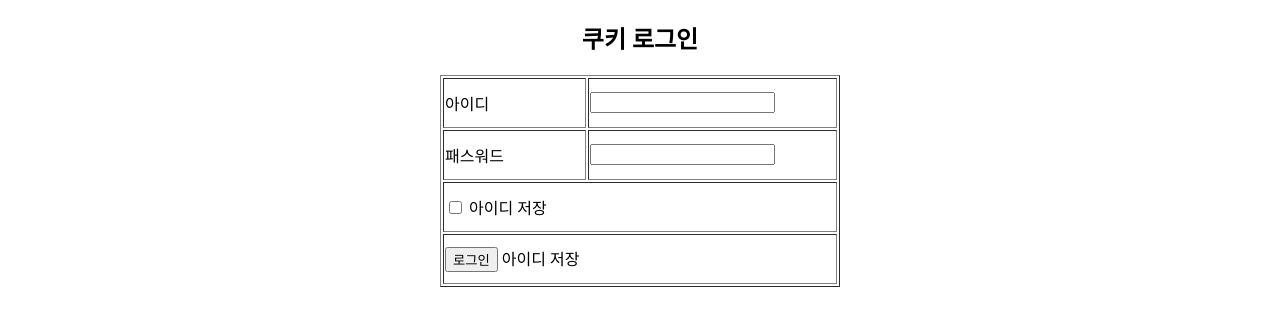
Repository: kdw1437/CreateBoardProject
Page: http://localhost/CookieSession/CookieLoginForm.jsp
The author's editor kept a copy of each file at every save. The page is drawn from the files as they stood at one save, then again after the next save.
The browser window is 1280 px wide. The pictures show the whole page.
The page is served by Tomcat 9.

Above is the page before, as saved 2024-08-06 14:47:39.

After the next save:
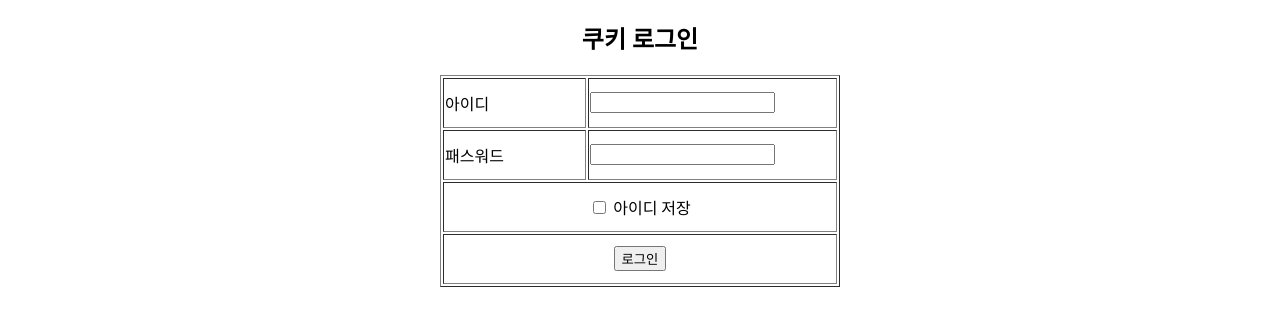
Saved 34 s later.
--- a/CookieSession/src/main/webapp/CookieLoginForm.jsp
+++ b/CookieSession/src/main/webapp/CookieLoginForm.jsp
@@ -17,10 +17,10 @@
 		<td width="250"><input type="password" name="pass"></td>
 	</tr>
 	<tr height="50">
-		<td colspan="2"> <input type="checkbox" name="save">  아이디 저장 </td>
+		<td colspan="2" align="center"> <input type="checkbox" name="save">  아이디 저장 </td>
 	</tr>
 	<tr height="50">
-		<td colspan="2"> <input type="submit" value="로그인">  아이디 저장 </td>
+		<td colspan="2" align="center"> <input type="submit" value="로그인"> </td>
 	</tr>
 	</table>
 
